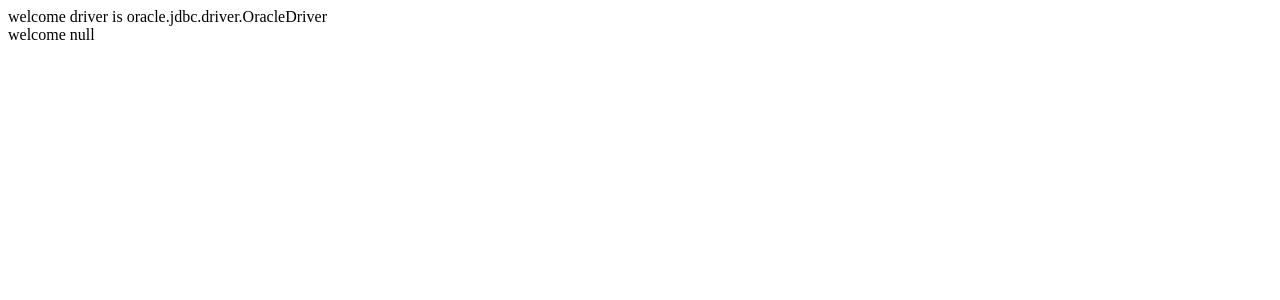
Repository: madhu124/Youtube-demo
Page: http://localhost/ImplicitObjects/welcome
These files come from the project's save history. The page is drawn as it stood at one moment and after the next save; the edit follows.
The browser window is 1280 px wide. The pictures show the whole page.
The page is served by Tomcat 9.

Above is the page before, as saved 2017-06-02 14:51:33.

After the next save:
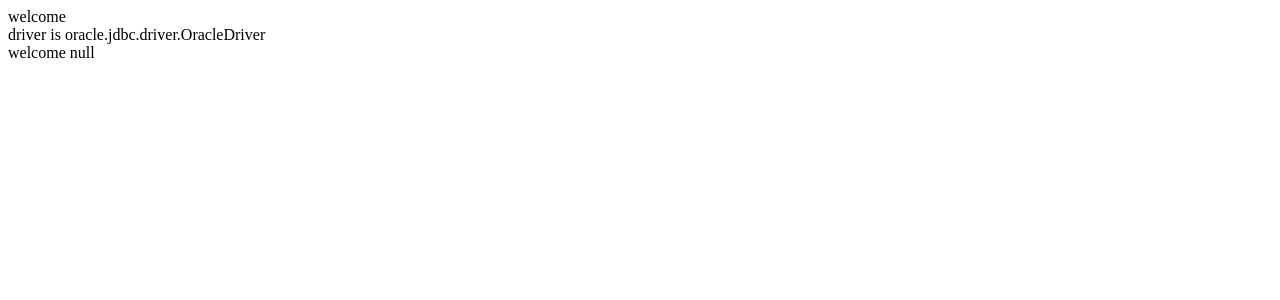
Saved 12 min 27 s later.
--- a/ImplicitObjects/WebContent/welcome.jsp
+++ b/ImplicitObjects/WebContent/welcome.jsp
@@ -3,7 +3,7 @@
 <%
 out.println("welcome");
 String driver=config.getInitParameter("dname");
-out.println("driver is "+driver);
+out.println("<br> driver is "+driver);
 
 
 %>
